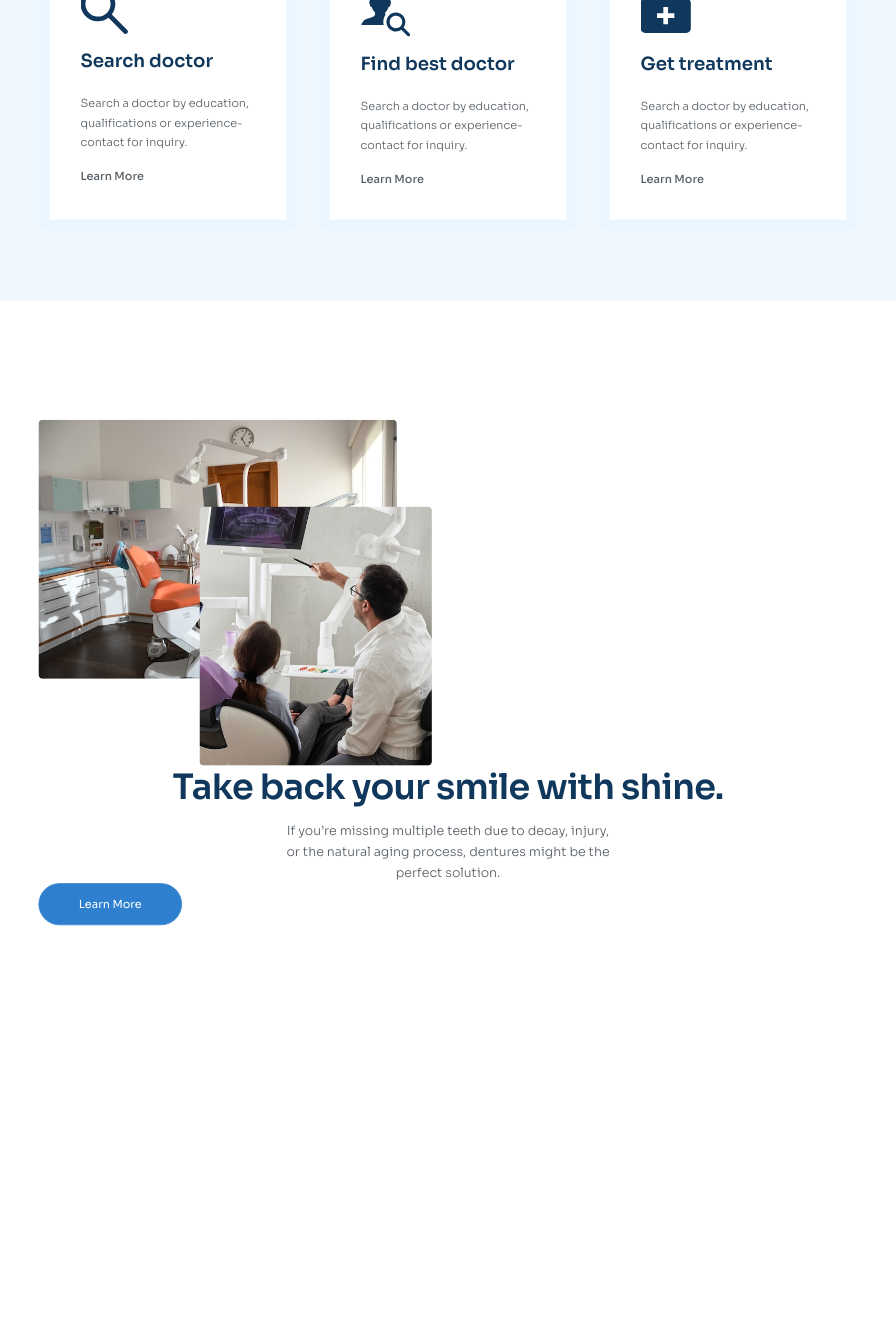
Repository: han2003dz/f8-project-03
Page: index.html
These files come from the project's save history. The page is drawn as it stood at one moment and after a run of saves; the edit follows.
The browser window is 1280 px wide. The pictures show the part of the page from y = 2274 to 4194 px (the page is 6000 px tall), at 70% of full size.

Above is the page before, as saved 2023-05-06 21:43:23.

After the next 3 saves:
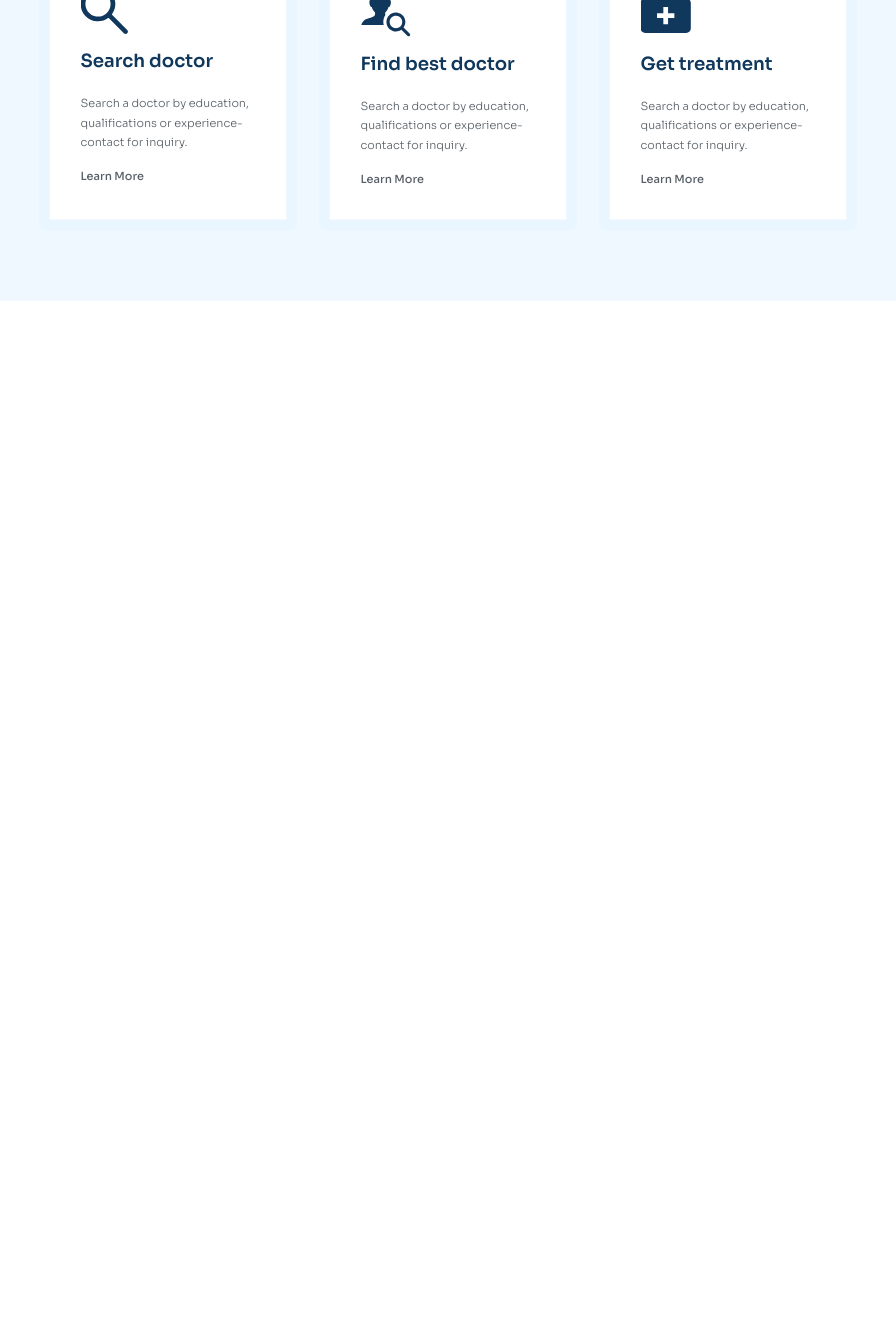
The 3 saves are shown as one change because they came seconds apart.
The last was saved 77 s later.
--- a/index.html
+++ b/index.html
@@ -202,23 +202,7 @@
             </div>
         </section>
         <!-- feature -->
-        <div class="feature">
-            <div class="container">
-                <div class="feature__media">
-                    <figure class="feature__images">
-                        <img src="./assets/img/feature-img1.jpg" alt="" class="feature__img">
-                        <img src="./assets/img/feature-img2.jpg" alt="" class="feature__img">
-                    </figure>
-                </div>
-                <section class="feature__content">
-                    <h2 class="section-heading">Take back your smile with shine.</h2>
-                    <p class="section-desc">If you’re missing multiple teeth due to decay, injury, or the natural aging
-                        process, dentures might be the perfect solution.
-                    </p>
-                    <a href="#!" class="btn">Learn More</a>
-                </section>
-            </div>
-        </div>
+        <section></section>
     </main>
     <script src="./assets/app.js"></script>
 </body>
